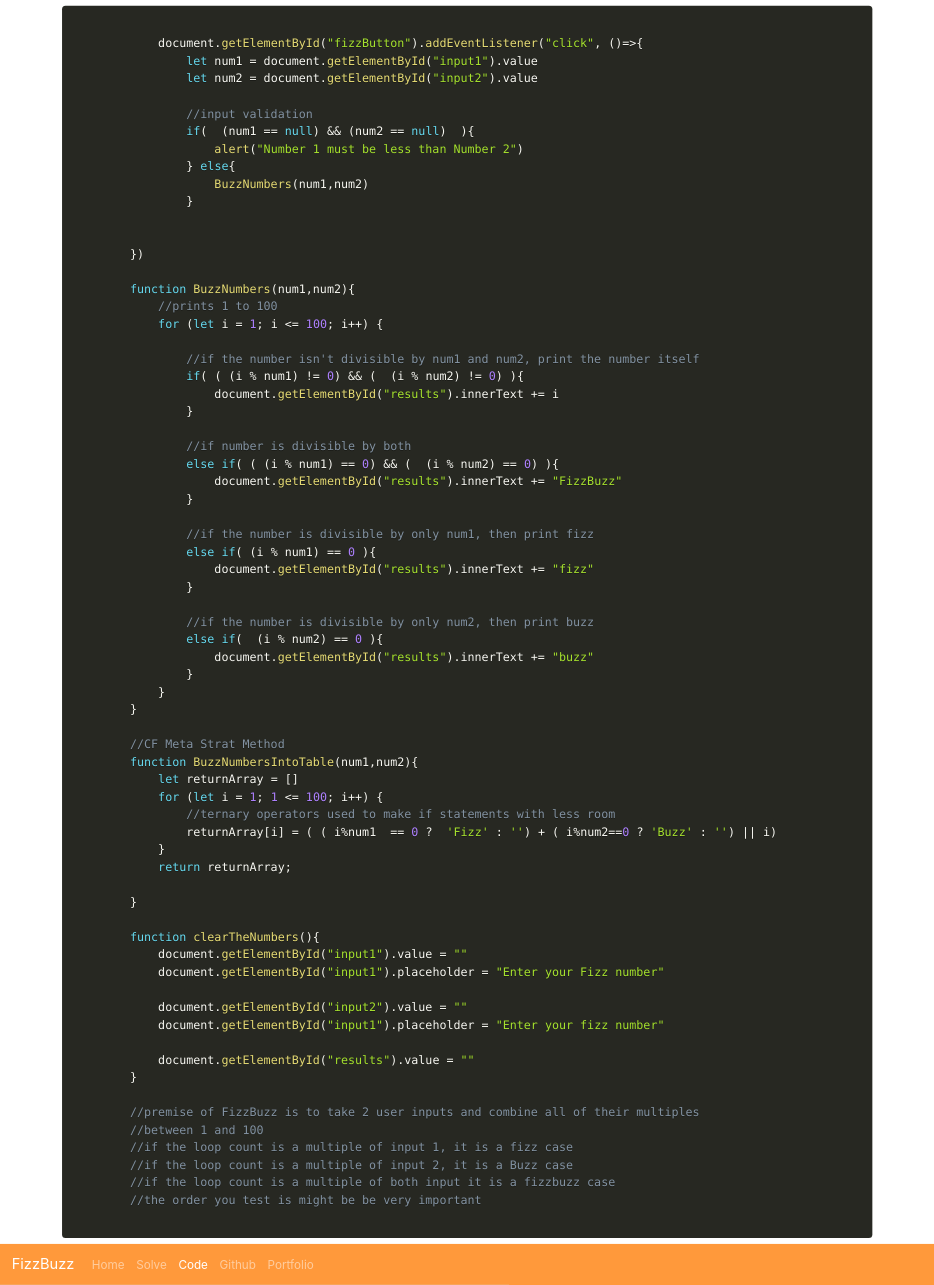
Repository: zhadjah9559/FizzBuzz
Page: code.html
An editor plug-in stored every save of this project. The page is shown before and after the next save, followed by the edit.
The browser window is 1280 px wide. The pictures show the whole page, at 73% of full size.

Above is the page before, as saved 2021-01-12 15:26:21.

### code.html
<!doctype html>
<html lang="en">
  <head>
    <title>Title</title>
    <!-- Required meta tags -->
    <meta charset="utf-8">
    <meta name="viewport" content="width=device-width, initial-scale=1, shrink-to-fit=no">

    <!-- Bootstrap CSS -->
    <link rel="stylesheet" href="https://stackpath.bootstrapcdn.com/bootstrap/4.3.1/css/bootstrap.min.css" integrity="sha384-ggOyR0iXCbMQv3Xipma34MD+dH/1fQ784/j6cY/iJTQUOhcWr7x9JvoRxT2MZw1T" crossorigin="anonymous">
    <link rel="stylesheet" href="css/prism.css">


</head>
  <body>

    <div class="container">
        <div class="row">
            <div class="col">

                <pre class="line-number"><code class="language-javascript">
            document.getElementById("fizzButton").addEventListener("click", ()=>{
                let num1 = document.getElementById("input1").value
                let num2 = document.getElementById("input2").value

                //input validation
                if(  (num1 == null) && (num2 == null)  ){
                    alert("Number 1 must be less than Number 2")
                } else{
                    BuzzNumbers(num1,num2)
                }


        })

        function BuzzNumbers(num1,num2){
            //prints 1 to 100
            for (let i = 1; i <= 100; i++) {

                //if the number isn't divisible by num1 and num2, print the number itself
                if( ( (i % num1) != 0) && (  (i % num2) != 0) ){
                    document.getElementById("results").innerText += i
                }

                //if number is divisible by both
                else if( ( (i % num1) == 0) && (  (i % num2) == 0) ){
                    document.getElementById("results").innerText += "FizzBuzz"
                }

                //if the number is divisible by only num1, then print fizz
                else if( (i % num1) == 0 ){
                    document.getElementById("results").innerText += "fizz"
                }

                //if the number is divisible by only num2, then print buzz
                else if(  (i % num2) == 0 ){
                    document.getElementById("results").innerText += "buzz"
                }
            }
        }

        //CF Meta Strat Method
        function BuzzNumbersIntoTable(num1,num2){
            let returnArray = []
            for (let i = 1; 1 <= 100; i++) {
                //ternary operators used to make if statements with less room
                returnArray[i] = ( ( i%num1  == 0 ?  'Fizz' : '') + ( i%num2==0 ? 'Buzz' : '') || i)
            }
            return returnArray;

        }

        function clearTheNumbers(){
            document.getElementById("input1").value = ""
            document.getElementById("input1").placeholder = "Enter your Fizz number"

            document.getElementById("input2").value = ""
            document.getElementById("input1").placeholder = "Enter your fizz number"

            document.getElementById("results").value = ""
        }

        //premise of FizzBuzz is to take 2 user inputs and combine all of their multiples
        //between 1 and 100
        //if the loop count is a multiple of input 1, it is a fizz case
        //if the loop count is a multiple of input 2, it is a Buzz case
        //if the loop count is a multiple of both input it is a fizzbuzz case
        //the order you test is might be be very important
            </code></pre>

            </div>
        </div>
    </div>




    <nav class="navbar navbar-expand-sm navbar-dark" style="background-color: #ff993b;">
        <a class="navbar-brand" href="#">FizzBuzz</a>
        <button class="navbar-toggler d-lg-none" type="button" data-toggle="collapse" data-target="#collapsibleNavId" aria-controls="collapsibleNavId"
            aria-expanded="false" aria-label="Toggle navigation"></button>
        <div class="collapse navbar-collapse" id="collapsibleNavId">
            <ul class="navbar-nav mr-auto mt-2 mt-lg-0">
                <li class="nav-item">
                    <a class="nav-link" href="index.html">Home </a>
                </li>
                <li class="nav-item">
                    <a class="nav-link" href="solve.html">Solve </a>
                </li>
                <li class="nav-item">
                    <a class="nav-link active" href="code.html">Code <span class="sr-only">(current)</span></a>
                </li>
                <li class="nav-item">
                    <a class="nav-link" target="_blank" href="https://github.com/zhadjah9559/FizzBuzz">Github</a>
                </li>
                <li class="nav-item">
                    <a class="nav-link" target="_blank" href="https://www.zacharyhadjah.netlify.app">Portfolio</a>
                </li>


            </ul>
        </div>
    </nav>



    <!-- Optional JavaScript -->
    <!-- jQuery first, then Popper.js, then Bootstrap JS -->
    <script src="https://code.jquery.com/jquery-3.3.1.slim.min.js" integrity="sha384-q8i/X+965DzO0rT7abK41JStQIAqVgRVzpbzo5smXKp4YfRvH+8abtTE1Pi6jizo" crossorigin="anonymous"></script>
    <script src="https://cdnjs.cloudflare.com/ajax/libs/popper.js/1.14.7/umd/popper.min.js" integrity="sha384-UO2eT0CpHqdSJQ6hJty5KVphtPhzWj9WO1clHTMGa3JDZwrnQq4sF86dIHNDz0W1" crossorigin="anonymous"></script>
    <script src="https://stackpath.bootstrapcdn.com/bootstrap/4.3.1/js/bootstrap.min.js" integrity="sha384-JjSmVgyd0p3pXB1rRibZUAYoIIy6OrQ6VrjIEaFf/nJGzIxFDsf4x0xIM+B07jRM" crossorigin="anonymous"></script>
    <script src="js/prism.js"></script>


    </body>
</html>

### css/prism.css
/* PrismJS 1.23.0
https://prismjs.com/download.html#themes=prism-okaidia&languages=markup+css+clike+javascript&plugins=line-numbers */
/**
 * okaidia theme for JavaScript, CSS and HTML
 * Loosely based on Monokai textmate theme by http://www.monokai.nl/
 * @author ocodia
 */

code[class*="language-"],
pre[class*="language-"] {
	color: #f8f8f2;
	background: none;
	text-shadow: 0 1px rgba(0, 0, 0, 0.3);
	font-family: Consolas, Monaco, 'Andale Mono', 'Ubuntu Mono', monospace;
	font-size: 1em;
	text-align: left;
	white-space: pre;
	word-spacing: normal;
	word-break: normal;
	word-wrap: normal;
	line-height: 1.5;

	-moz-tab-size: 4;
	-o-tab-size: 4;
	tab-size: 4;

	-webkit-hyphens: none;
	-moz-hyphens: none;
	-ms-hyphens: none;
	hyphens: none;
}

/* Code blocks */
pre[class*="language-"] {
	padding: 1em;
	margin: .5em 0;
	overflow: auto;
	border-radius: 0.3em;
}

:not(pre) > code[class*="language-"],
pre[class*="language-"] {
	background: #272822;
}

/* Inline code */
:not(pre) > code[class*="language-"] {
	padding: .1em;
	border-radius: .3em;
	white-space: normal;
}

.token.comment,
.token.prolog,
.token.doctype,
.token.cdata {
	color: #8292a2;
}

.token.punctuation {
	color: #f8f8f2;
}

.token.namespace {
	opacity: .7;
}

.token.property,
.token.tag,
.token.constant,
.token.symbol,
.token.deleted {
	color: #f92672;
}

.token.boolean,
.token.number {
	color: #ae81ff;
}

.token.selector,
.token.attr-name,
.token.string,
.token.char,
.token.builtin,
.token.inserted {
	color: #a6e22e;
}

.token.operator,
.token.entity,
.token.url,
.language-css .token.string,
.style .token.string,
.token.variable {
	color: #f8f8f2;
}

.token.atrule,
.token.attr-value,
.token.function,
.token.class-name {
	color: #e6db74;
}

.token.keyword {
	color: #66d9ef;
}

.token.regex,
.token.important {
	color: #fd971f;
}

.token.important,
.token.bold {
	font-weight: bold;
}
.token.italic {
	font-style: italic;
}

.token.entity {
	cursor: help;
}

pre[class*="language-"].line-numbers {
	position: relative;
	padding-left: 3.8em;
	counter-reset: linenumber;
}

pre[class*="language-"].line-numbers > code {
	position: relative;
	white-space: inherit;
}

.line-numbers .line-numbers-rows {
	position: absolute;
	pointer-events: none;
	top: 0;
	font-size: 100%;
	left: -3.8em;
	width: 3em; /* works for line-numbers below 1000 lines */
	letter-spacing: -1px;
	border-right: 1px solid #999;

	-webkit-user-select: none;
	-moz-user-select: none;
	-ms-user-select: none;
	user-select: none;

}

	.line-numbers-rows > span {
		display: block;
		counter-increment: linenumber;
	}

		.line-numbers-rows > span:before {
			content: counter(linenumber);
			color: #999;
			display: block;
			padding-right: 0.8em;
			text-align: right;
		}

Loaded but not shown: js/prism.js (library)

After the next save:
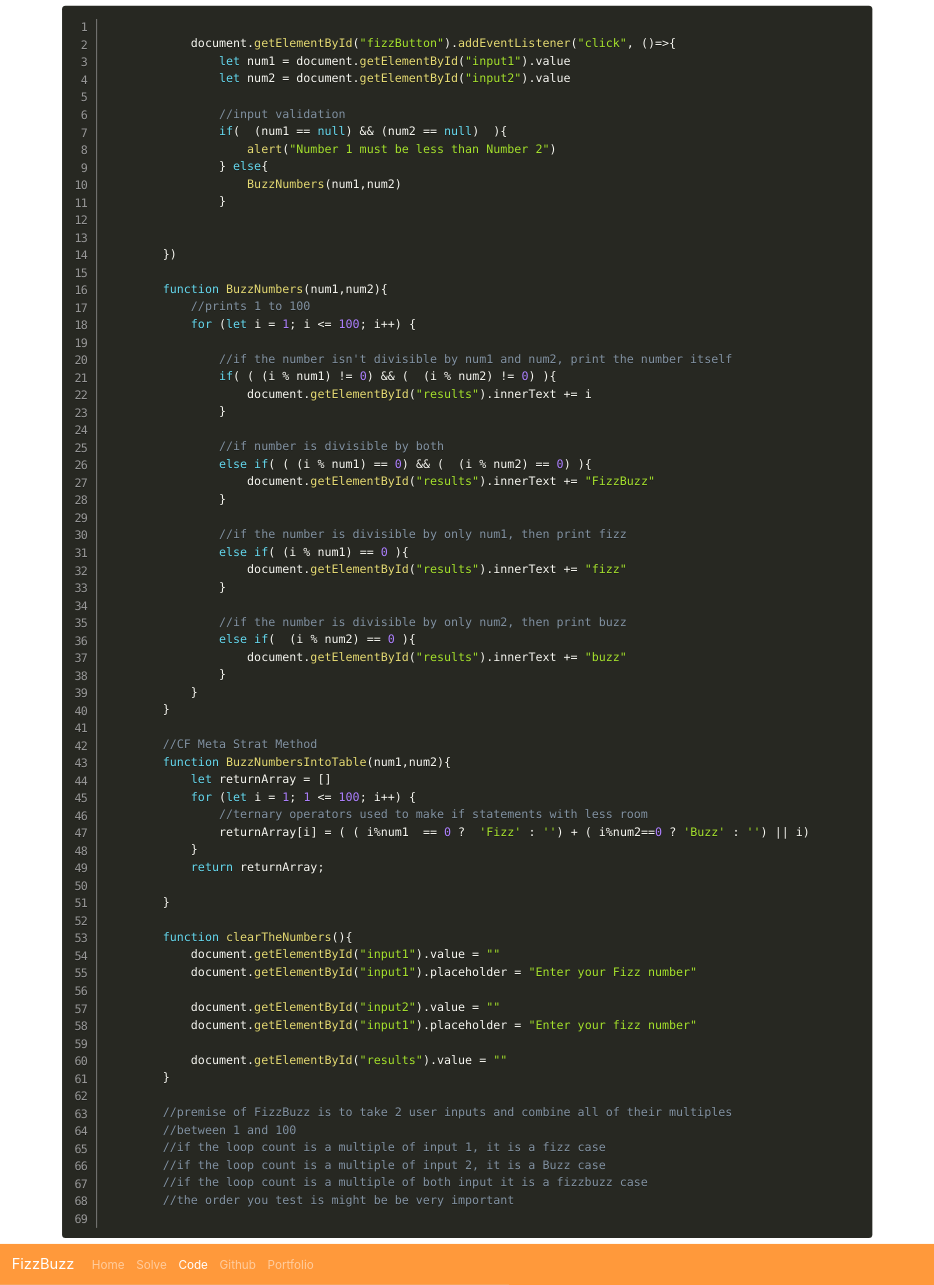
Saved 24 s later.
--- a/code.html
+++ b/code.html
@@ -18,7 +18,7 @@
         <div class="row">
             <div class="col">
 
-                <pre class="line-number"><code class="language-javascript">
+                <pre class="line-numbers"><code class="language-javascript">
             document.getElementById("fizzButton").addEventListener("click", ()=>{
                 let num1 = document.getElementById("input1").value
                 let num2 = document.getElementById("input2").value
